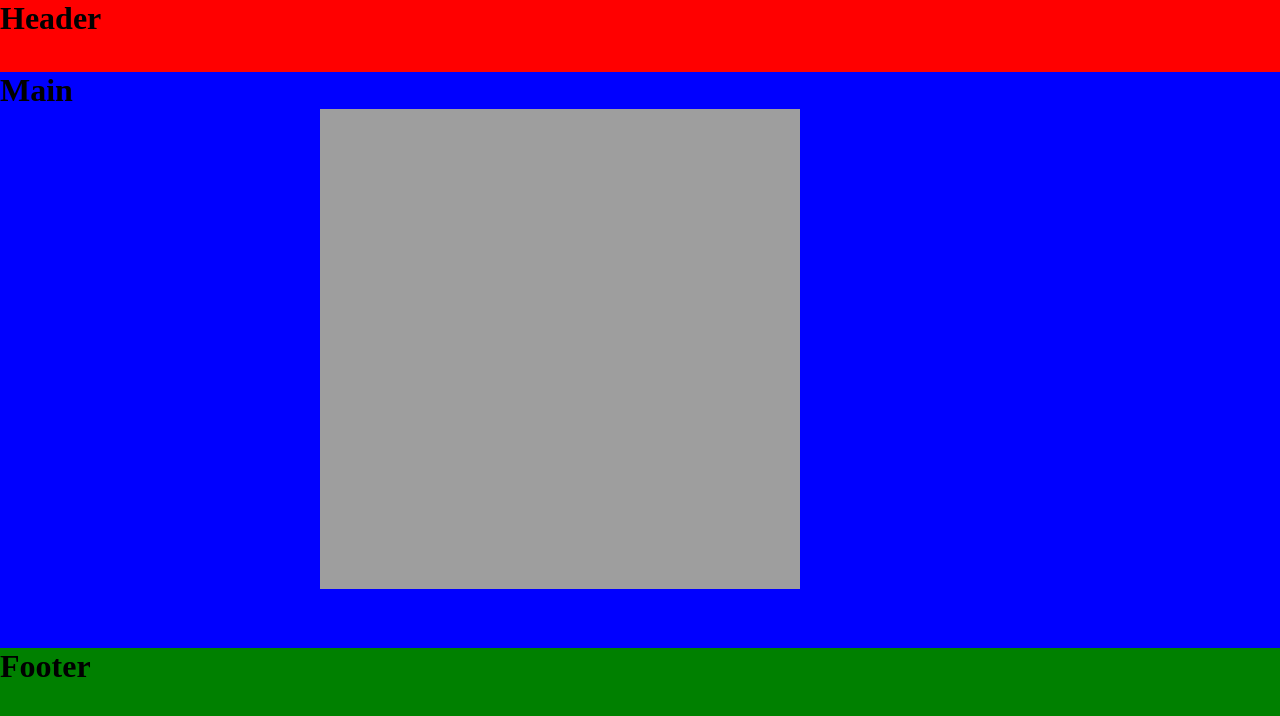
Repository: jameswilky/chess
Page: index.html
An editor plug-in stored every save of this project. The page is shown before and after the next save, followed by the edit.
The browser window is 1280 px wide. The pictures show the whole page.

Above is the page before, as saved 2018-11-22 09:20:48.

After the next save:
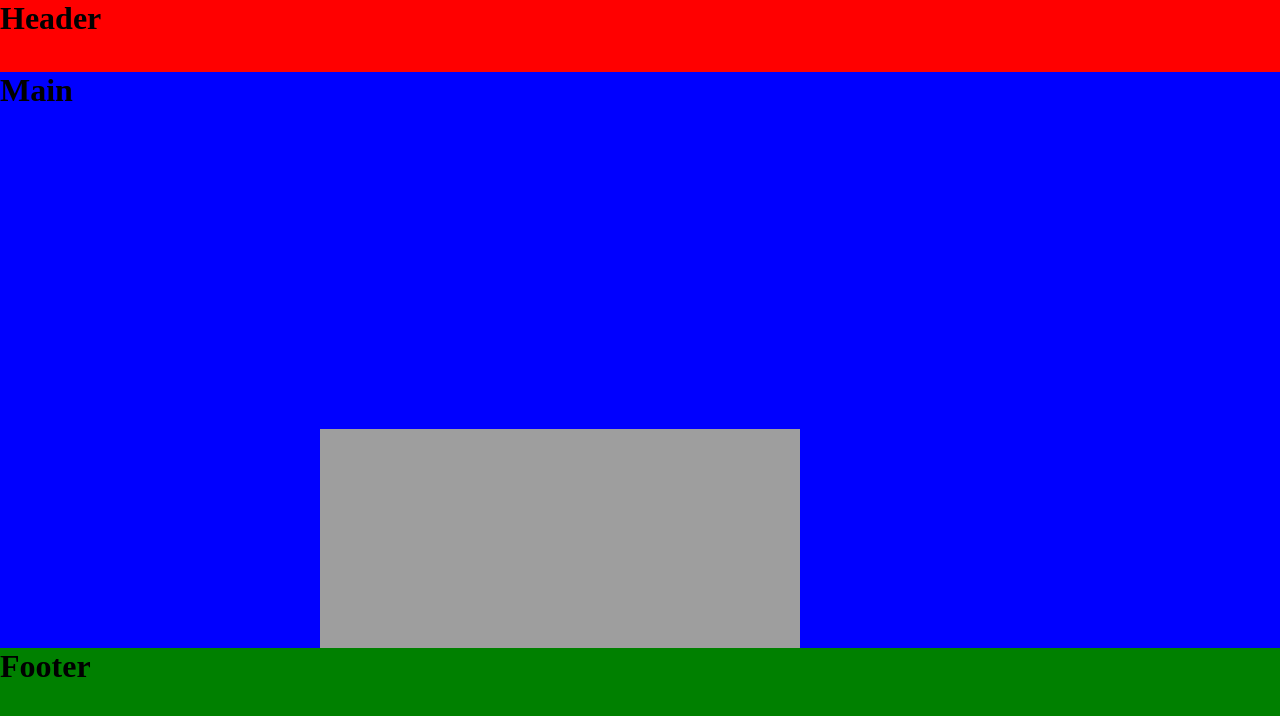
Saved 20 s later.
--- a/style.css
+++ b/style.css
@@ -17,7 +17,7 @@
   position: absolute;
   height: 480px;
   width: 480px;
-  left: 25%;
+  margin: 25%;
 }
 
 #board {

After the save that followed:
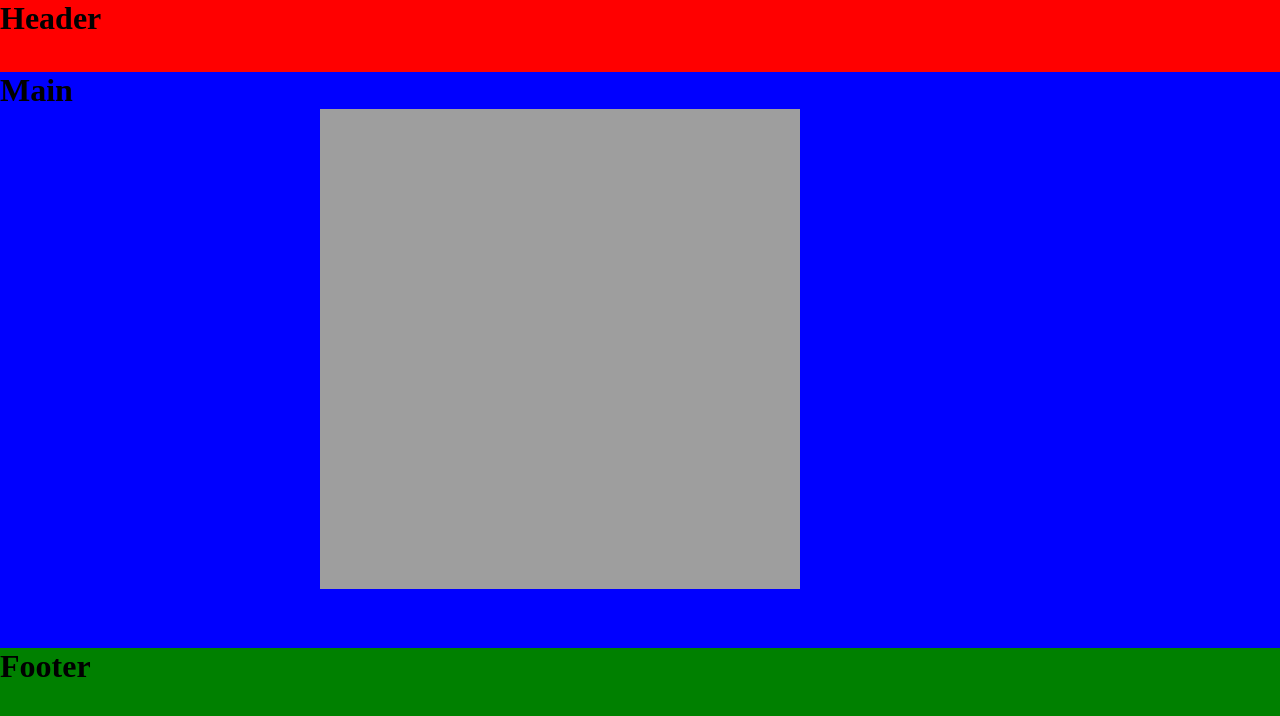
Saved 7 s later.
--- a/style.css
+++ b/style.css
@@ -17,7 +17,7 @@
   position: absolute;
   height: 480px;
   width: 480px;
-  margin: 25%;
+  margin-left: 25%;
 }
 
 #board {
